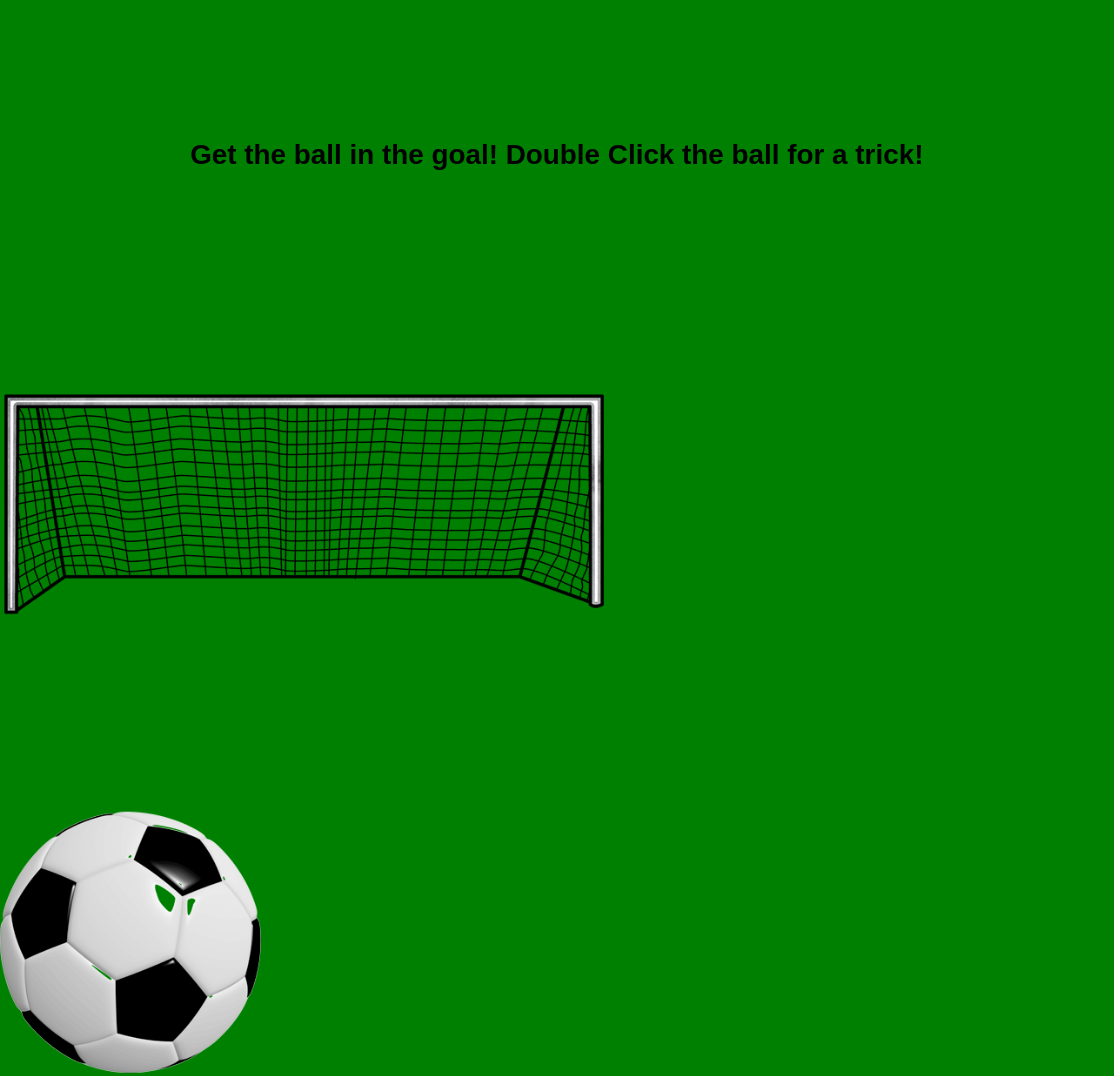
Repository: alexmaddux99/Lab3
Page: mouse-events.html
These files come from the project's save history. The page is drawn as it stood at one moment and after the next save; the edit follows.
The browser window is 1280 px wide. The pictures show the whole page, at 87% of full size.

Above is the page before, as saved 2022-03-06 17:18:35.

### mouse-events.html
<!DOCTYPE html>
<html lang="en">

<head>
    <meta charset="UTF-8">
    <meta http-equiv="X-UA-Compatible" content="IE=edge">
    <meta name="viewport" content="width=device-width, initial-scale=1.0">
    <title>GOAL!</title>
    <style>
        body {
            background-color: green;
            margin:0;
            height:100vh;
        }

        div {
           height: 300px;
           width: 300px;
            transition: transform 1s;

        }

        p {
            margin-top: 10rem;
            text-align: center;
            font: bold 2rem sans-serif;
        }

        .goal{
            display: block;
  margin-left: auto;
  margin-right: auto;
        }




    </style>
</head>

<body>

    <p>Get the ball in the goal! Double Click the ball for a trick!</p>


    <img src="/images/goal.png" alt="GOAL!">


    <div id="dot" class="ball">
        <img src="/images/soccer.png" alt="Score a Goal!">
    </div>




    <script>
        var dot = document.getElementById('dot');
        document.body.addEventListener('click', (e) => {
            console.log("Client: " , e.clientX , e.clientY)
            console.log("Page: " , e.pageX , e.pageY)
            console.log("Screen: " , e.screenX , e.screenY)
            console.log("Event Object: ", e);
            dot.style.transform = `translateY(${e.clientY - 25}px)`;
            dot.style.transform += `translateX(${e.clientX - 25}px)`;
            dot.style.opacity = 1;
        }, false);
    </script>
</body>

</html>

After the next save:
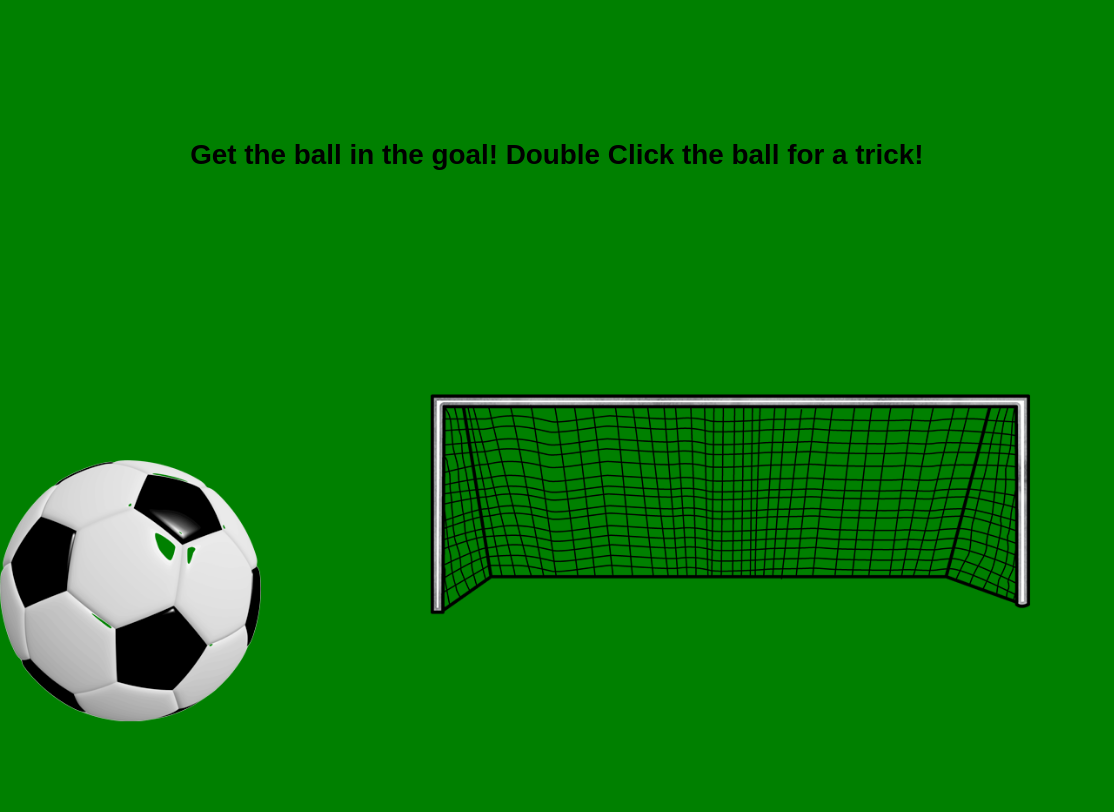
Saved 39 s later.
--- a/mouse-events.html
+++ b/mouse-events.html
@@ -42,9 +42,9 @@
 
     <p>Get the ball in the goal! Double Click the ball for a trick!</p>
 
-
+    <div class="goal">
     <img src="/images/goal.png" alt="GOAL!">
-
+    </div>
 
     <div id="dot" class="ball">
         <img src="/images/soccer.png" alt="Score a Goal!">
